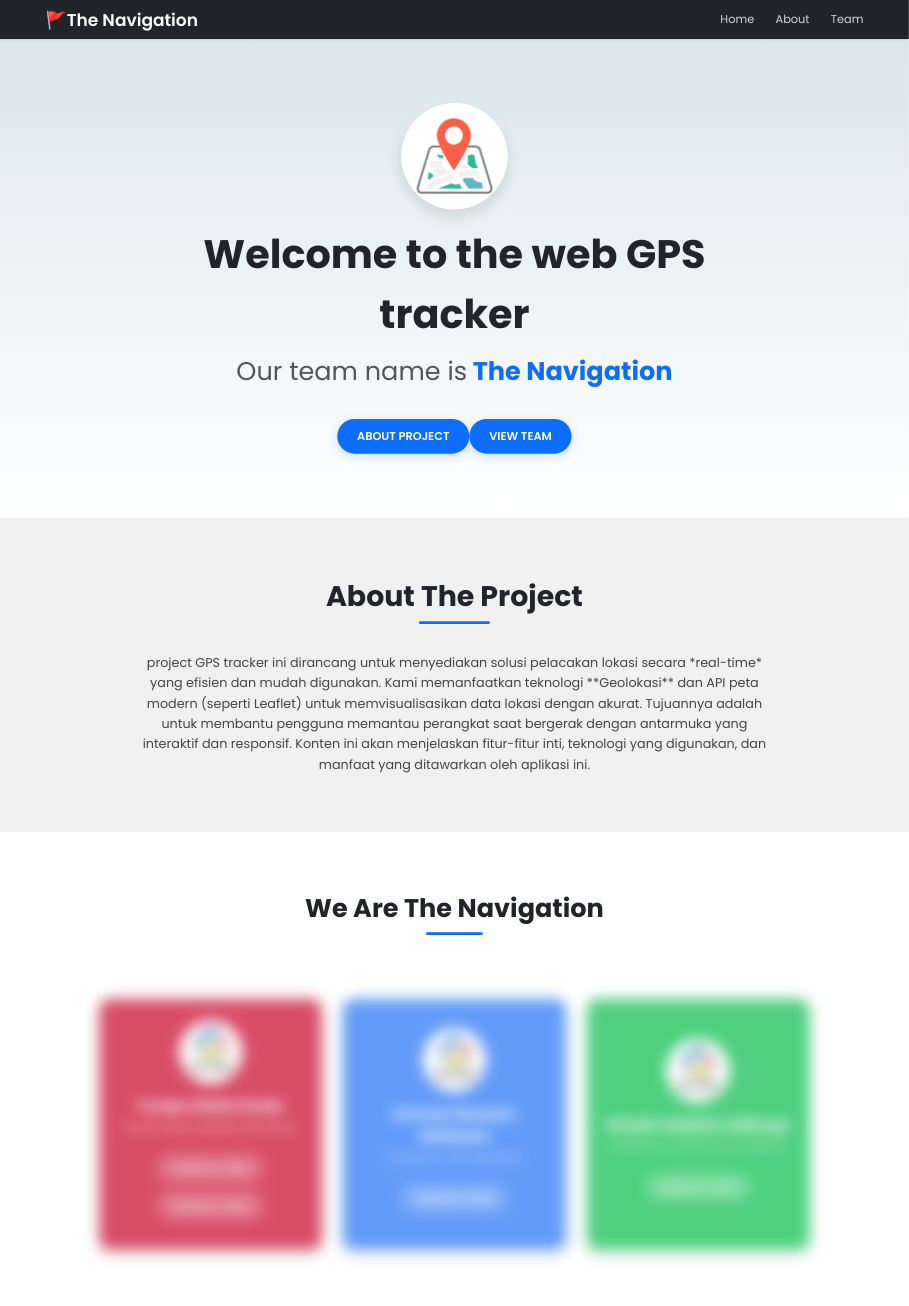
Repository: ammarsetiawan/gps-traker
Page: about.html
These files come from the project's save history. The page is drawn as it stood at one moment and after the next save; the edit follows.
The browser window is 1280 px wide. The pictures show the whole page, at 71% of full size.
The pointer rests on the first visible `.cards`.

Above is the page before, as saved 2025-11-27 16:54:11.

### about.html
<!DOCTYPE html>
<html lang="en">

<head>
    <meta charset="UTF-8">
    <meta name="viewport" content="width=device-width, initial-scale=1.0">
    <title>GPS Tracking - The Navigation</title>
    <link rel="stylesheet" href="https://unpkg.com/leaflet/dist/leaflet.css" />
    <link href="https://fonts.googleapis.com/css2?family=Poppins:wght@300;400;600;700&display=swap" rel="stylesheet">

    <style>
        :root {
            --primary-color: #0d6efd;
            --secondary-color: #0b5ed7;
            --dark-color: #212529;
            --light-color: #ffffff;
            --background-light: #f1f1f1;
            --red-card: #cf2141;
            --blue-card: #3b82f6;
            --green-card: #22c55e;
            --font-family: 'Poppins', sans-serif;
        }

        /* 🔄 Global Reset & Body */
        * {
            margin: 0;
            padding: 0;
            box-sizing: border-box;
            scroll-behavior: smooth;
        }

        body {
            font-family: var(--font-family);
            background: var(--light-color);
            padding-top: 55px;
            scroll-padding-top: 55px;
            transition: all 0.3s ease;
        }

        /* 🚀 NAVBAR */
        nav {
            background-color: var(--dark-color);
            height: 55px;
            display: flex;
            align-items: center;
            padding: 0 5%;
            position: fixed;
            width: 100%;
            top: 0;
            box-shadow: 0 2px 4px rgba(0, 0, 0, 0.1);
            z-index: 1000;
        }

        nav .brand {
            font-size: 24px;
            font-weight: 600;
            color: var(--light-color);
        }

        nav ul {
            list-style: none;
            display: flex;
            gap: 30px;
            margin-left: auto;
        }

        nav ul li a {
            text-decoration: none;
            color: rgba(255, 255, 255, 0.8);
            font-size: 16px;
            font-weight: 400;
            transition: 0.3s ease;
            position: relative;
            padding-bottom: 5px;
        }

        nav ul li a:hover {
            color: var(--light-color);
        }

        nav ul li a::after {
            content: '';
            position: absolute;
            width: 0;
            height: 2px;
            display: block;
            margin-top: 5px;
            right: 0;
            background: var(--primary-color);
            transition: width 0.3s ease;
        }

        nav ul li a:hover::after {
            width: 100%;
            left: 0;
            right: auto;
        }

        /* 🏠 Hero Section */
        .background {
            background: linear-gradient(to bottom, rgba(73, 136, 155, 0.2), rgba(92, 92, 88, 0));
            min-height: calc(100vh - 55px);
            padding: 50px 0;
            position: relative;
        }

        .container {
            height: 100%;
            display: flex;
            justify-content: center;
            align-items: center;
            padding: 0 5%;
        }

        .sub-container {
            padding: 40px 20px;
            text-align: center;
            max-width: 800px;
            margin: 0 auto;
        }

        .card-icons {
            width: 150px;
            height: 150px;
            display: flex;
            justify-content: center;
            align-items: center;
            margin: 0 auto 20px auto;
            border-radius: 50%;
            background: var(--light-color);
            box-shadow: 0 10px 20px rgba(0, 0, 0, 0.1);
            overflow: hidden;
        }

        .card-icons img {
            max-width: 80%;
            max-height: 80%;
            object-fit: contain;
        }

        .font-home {
            font-size: clamp(30px, 5vw, 56px);
            font-weight: 700;
            display: block;
            margin-bottom: 10px;
            color: var(--dark-color);
        }

        .font {
            display: flex;
            justify-content: center;
            align-items: center;
            font-size: clamp(20px, 3vw, 36px);
            font-weight: 400;
            color: #555;
            margin-bottom: 40px;
        }

        .font span {
            color: var(--primary-color);
            font-weight: 700;
            margin-left: 8px;
        }

        .button-group {
            display: flex;
            justify-content: center;

        }

        /* Tombol Utama */
        .btn-custom {
            gap: 20px;
            display: inline-block;
            background-color: var(--primary-color);
            color: var(--light-color);
            padding: 12px 28px;
            border: none;
            border-radius: 50px;
            font-size: 16px;
            cursor: pointer;
            font-weight: 600;
            box-shadow: 0 4px 15px rgba(0, 110, 255, 0.2);
            transition: all 0.3s ease;
            text-decoration: none;
            text-transform: uppercase;
        }

        .btn-custom:hover {
            background-color: var(--secondary-color);
            transform: translateY(-3px);
            box-shadow: 0 8px 20px rgba(0, 110, 255, 0.3)
        }

        .btn-custom:active {
            background-color: #0a58ca;
            transform: translateY(0);
        }

        /* 📖 About Section */
        .background-page2 {
            background-color: var(--background-light);
            padding: 80px 5%;
            min-height: 400px;
        }

        .about-content {
            text-align: center;
            max-width: 900px;
            margin: 0 auto;
        }

        .about-project {
            font-size: clamp(30px, 4vw, 40px);
            font-weight: 700;
            color: var(--dark-color);
            position: relative;
            display: inline-block;
            margin-bottom: 20px;
        }

        .about-project::after {
            content: '';
            position: absolute;
            bottom: -10px;
            left: 50%;
            transform: translateX(-50%);
            width: 100px;
            height: 4px;
            background-color: var(--primary-color);
            border-radius: 2px;
        }

        .text-about {
            margin-top: 30px;
            font-size: 18px;
            line-height: 1.6;
            color: #444;
            min-height: 100px;
        }


        .background-page3 {
            padding: 80px 5%;

            min-height: 500px;
            text-align: center;
        }

        .team {
            font-size: clamp(28px, 3.5vw, 36px);
            font-weight: 700;
            position: relative;
            display: inline-block;
            margin-bottom: 20px;
            color: var(--dark-color);
        }

        .team::after {
            content: '';
            position: absolute;
            bottom: -10px;
            left: 50%;
            transform: translateX(-50%);
            width: 80px;
            height: 4px;
            background-color: var(--primary-color);
            border-radius: 2px;
        }



        .cards {
            position: relative;
            top: 50px;
            display: grid;
            grid-template-columns: repeat(auto-fit, minmax(280px, 1fr));
            gap: 30px;
            max-width: 1000px;
            margin: 0 auto;
            padding-bottom: 50px;

        }

        .cards .card {

            display: flex;
            align-items: center;
            justify-content: center;
            flex-direction: column;
            text-align: center;
            padding: 30px 20px;
            min-height: 280px;
            border-radius: 15px;
            color: var(--light-color);
            cursor: pointer;
            transition: all 0.4s ease;
            box-shadow: 0 10px 20px rgba(0, 0, 0, 0.1);
            position: relative;
        }

        /* Definisi Warna Kartu */
        .cards .red {
            background-color: var(--red-card);
        }

        .cards .blue {
            background-color: var(--blue-card);
        }

        .cards .green {
            background-color: var(--green-card);
        }


        .cards .card img {
            width: 90px;
            height: 90px;
            border-radius: 50%;
            margin-bottom: 15px;
            object-fit: cover;
            border: 4px solid var(--light-color);
        }

        .cards .card .tip {
            font-size: 1.3em;
            font-weight: 700;
            margin-bottom: 5px;
        }

        .cards .card .second-text {
            font-size: .9em;
            font-weight: 300;
            margin-bottom: 25px;

        }

        .cards .card .btn-custom {
            padding: 10px 20px;
            font-size: 15px;
            background-color: rgba(255, 255, 255, 0.2);
            box-shadow: none;
            border-radius: 20px;
            margin-bottom: 10px;
        }

        .cards .card .btn-custom:hover {
            background-color: rgba(0, 0, 0, 0.4);
            transform: none;
        }


        .cards .card:hover {
            transform: translateY(-10px);
            box-shadow: 0 15px 30px rgba(0, 0, 0, 0.2);
        }

        /* Efek blur pada kartu lain saat hover */
        .cards:hover>.card:not(:hover) {
            filter: blur(10px);
            opacity: 0.8;
            transform: none;
        }


        #menuBtn {
            margin-left: auto;
            background: transparent;
            border: none;
            padding: 5px;
            cursor: pointer;
            display: none;

        }

        #menuBtn div {
            width: 25px;
            height: 3px;
            background-color: var(--light-color);
            margin: 4px 0;
            transition: 0.3s;
            border-radius: 2px;
        }

        /* 📱 MEDIA QUERY: Mobile/Tablet */
        @media (max-width: 768px) {
            .btn-custom {
                margin-bottom: 20px;
            }

            nav {
                padding: 0 3%;
            }

            nav ul {
                position: fixed;
                top: 55px;
                right: 0;
                background: var(--dark-color);
                width: 200px;
                flex-direction: column;
                padding: 15px;
                display: none;
                border-bottom-left-radius: 10px;
                z-index: 999;
                box-shadow: -2px 2px 5px rgba(0, 0, 0, 0.2);
                transform: translateX(100%);
                transition: transform 0.3s ease-out;
            }

            nav ul.show {
                display: flex;
                transform: translateX(0);
            }

            nav ul li a {
                padding: 10px 0;
                display: block;
                border-bottom: 1px solid rgba(255, 255, 255, 0.1);
            }

            #menuBtn {
                display: block;
            }

            .button-group {
                flex-direction: column;
                gap: 15px;
            }

            .btn-custom {
                width: 80%;
                margin: 0 auto;
            }

            /* Perbaikan fokus di mobile */
            .background-page3 {
                padding: 60px 3%;

            }

            .cards {
                grid-template-columns: 1fr;

                top: 30px;
            }
        }
    </style>
</head>

<body>

    <nav>
        <h2 class="brand">🚩The Navigation</h2>

        <button id="menuBtn">
            <div></div>
            <div></div>
            <div></div>
        </button>

        <ul id="menu">
            <li><a href="./index.html">Home</a></li>
            <li><a href="#about-section">About</a></li>
            <li><a href="#view-team">Team</a></li>
        </ul>
    </nav>

    <section class="background">
        <div class="container">
            <div class="sub-container">
                <div class="card-icons">


                    <img src="./png-clipart-gps-navigation-device-gps-tracking-unit-vehicle-tracking-system-icon-green-map-red-location-mark-map-logo-electronics-text-thumbnail-removebg-preview.png"
                        alt="">

                </div>

                <h2 class="font-home">Welcome to the web GPS tracker</h2>
                <div class="font">
                    Our team name is
                    <span class="font-arch">The Navigation</span>
                </div>

                <div class="button-group">
                    <a href="#about-section" class="btn-custom">
                        About Project
                    </a>
                    <a href="#view-team" class="btn-custom">
                        View Team
                    </a>
                </div>
            </div>
        </div>
        <footer>
        </footer>
    </section>

    <section class="background-page2" id="about-section">
        <div class="about-content">
            <h2 class="about-project">About The Project</h2>
            <p class="text-about">
                project GPS tracker ini dirancang untuk menyediakan solusi pelacakan lokasi secara *real-time* yang
                efisien dan mudah digunakan. Kami memanfaatkan teknologi **Geolokasi** dan API peta modern (seperti
                Leaflet) untuk memvisualisasikan data lokasi dengan akurat. Tujuannya adalah untuk membantu pengguna
                memantau perangkat saat bergerak dengan antarmuka yang interaktif dan responsif. Konten ini akan
                menjelaskan fitur-fitur inti, teknologi yang digunakan, dan manfaat yang ditawarkan oleh aplikasi ini.
            </p>
        </div>
    </section>

    <section class="background-page3" id="view-team">
        <div style="text-align: center; padding-bottom: 30px;">
            <h2 class="team">We Are The Navigation</h2>
        </div>

        <div class="cards">
            <div class="card red">
                <img src="data:[embedded picture, 6755 characters]"
                    alt="Furqon Nailul Huda Avatar">
                <p class="tip">Furqon Nailul Huda</p>
                <p class="second-text">Project Lead & Backend Developer</p>

                <a href="#" class="btn-custom">Contact Info</a>
                <a href="#" class="btn-custom">Contact Info</a>
            </div>
            <div class="card blue">
                <img src="data:[embedded picture, 6755 characters]"
                    alt="Ammar Bassam Setiawan Avatar">
                <p class="tip">Ammar Bassam Setiawan</p>
                <p class="second-text">Frontend & UI/UX Specialist</p>
                <a href="#" class="btn-custom">Contact Info</a>
            </div>
            <div class="card green">
                <img src="data:[embedded picture, 6755 characters]"
                    alt="Dhabit Abdilah Adibraja Avatar">
                <p class="tip">Dhabit Abdilah Adibraja</p>
                <p class="second-text">Database & Infrastructure Engineer</p>
                <a href="#" class="btn-custom">Contact Info</a>
            </div>
        </div>
    </section>


    <div id="content"></div>
    <script>
        const btn = document.getElementById("menuBtn");
        const menu = document.getElementById("menu");

        btn.addEventListener("click", () => {
            // Menggunakan class 'show' untuk menampilkan/menyembunyikan menu
            menu.classList.toggle('show');
        });

        // Menutup menu saat link di klik (khusus mobile)
        document.querySelectorAll('#menu a').forEach(link => {
            link.addEventListener('click', () => {
                // Hanya tutup jika tampilan adalah mobile (misalnya, jika menu ditampilkan sebagai dropdown)
                if (window.innerWidth <= 768) {
                    menu.classList.remove('show');
                }
            });
        });
    </script>

</body>

</html>

After the next save:
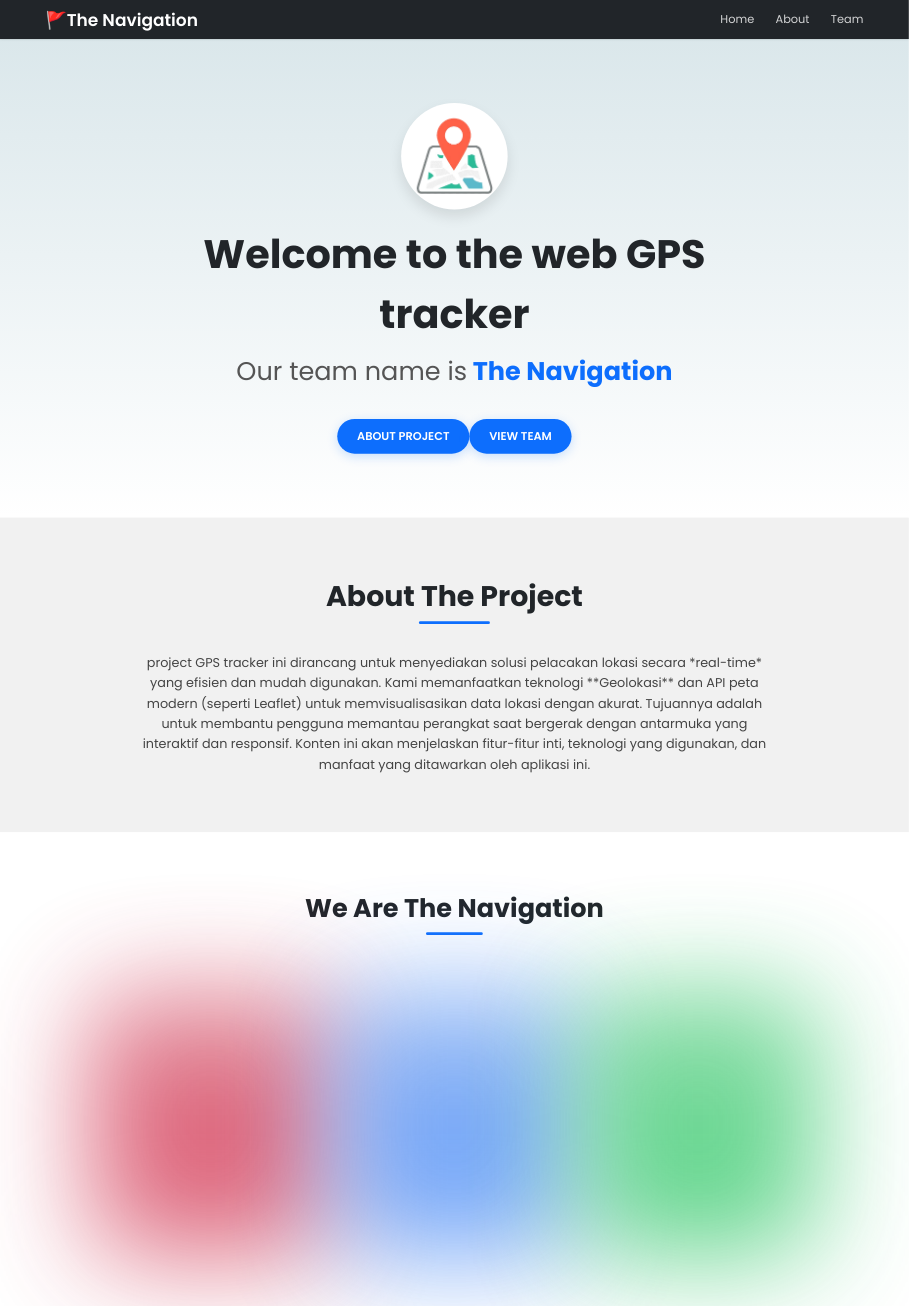
Saved 57 s later.
--- a/about.html
+++ b/about.html
@@ -357,7 +357,7 @@
 
         /* Efek blur pada kartu lain saat hover */
         .cards:hover>.card:not(:hover) {
-            filter: blur(10px);
+            filter: blur(80px);
             opacity: 0.8;
             transform: none;
         }
